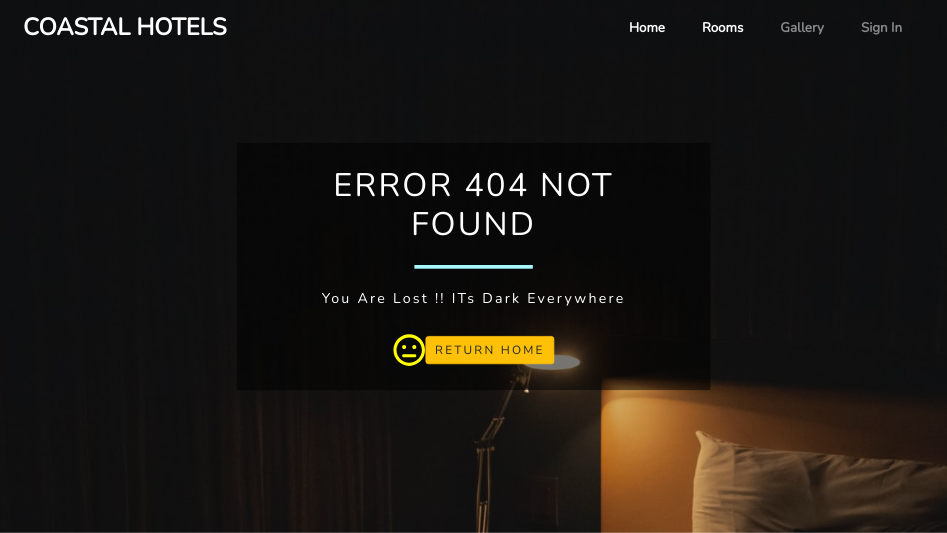
Repository: tebo27cMd/hotel
Page: /rooms/12
These files come from the project's save history. The page is drawn as it stood at one moment and after a run of saves; the edit follows.
The browser window is 1280 px wide. The pictures show the whole page, at 74% of full size.
The project was rebuilt for these pictures with package versions that can differ from the ones it lists, and the page was loaded fresh each time. Also part of the build but not shown: src/components/Title.jsx, src/components/Services.jsx, src/components/Loading.js, src/components/Room.jsx, src/components/FeaturedRooms.jsx, src/pages/Home.jsx, src/components/RoomsFilter.jsx, src/components/RoomsList.jsx and 10 more. Imported but missing from the stored project, and not drawn on this page: src/context/userContext.

Above is the page before, as saved 2022-11-16 14:03:35.

### public/index.html
<!DOCTYPE html>
<html lang="en">
  <head>
    <meta charset="utf-8" />
    <link rel="icon" href="%PUBLIC_URL%/favicon.ico" />
    <meta name="viewport" content="width=device-width, initial-scale=1" />
    <meta name="theme-color" content="#000000" />
    <meta
      name="description"
      content="Web site created using create-react-app"
    />
    <link rel="apple-touch-icon" href="%PUBLIC_URL%/logo192.png" />
    <link rel="manifest" href="%PUBLIC_URL%/manifest.json" />
    <title>Hotel Booking App</title>
    <link href="https://fonts.googleapis.com/css2?family=Nunito&display=swap" rel="stylesheet">
  </head>
  <body>
    <noscript>You need to enable JavaScript to run this app.</noscript>
    <div id="root"></div>
  </body>
</html>

### src/index.js
import React from 'react';
import ReactDOM from 'react-dom';
import App from './App';
import './index.css'
import * as serviceWorker from './serviceWorker';
import {RoomProvider} from './context'


ReactDOM.render(
  <React.StrictMode>
  <RoomProvider>
     <App />
  </RoomProvider>
  </React.StrictMode>,
  document.getElementById('root')
);

serviceWorker.unregister();

### src/App.js
import React from 'react';
import './App.css';
import '../node_modules/bootstrap/dist/css/bootstrap.min.css';
import '../node_modules/bootstrap/dist/js/bootstrap.min.js';
import { BrowserRouter,Route,Switch } from 'react-router-dom';
import Home from './pages/Home';
import Rooms from './pages/Rooms';
import SingleRoom from './pages/SingleRoom';
import Error from './pages/Error';
import Navbar from './components/Navbar';
import About from './pages/About';
// import Footer from './components/Footer';
import Contact from './pages/Contact';
import Booknow from './pages/Booknow';
// import Login from './pages/Login';
// import Register from './pages/Register';
import Payment from './pages/Payments';
import Gallery from './pages/gallery';
import Signup from './pages/register';
function App() {
  return (
    <div className="App">
      <BrowserRouter>
        <Navbar/>
        <Switch>
          {/* <Route exact path="/" component={Login}/> */}
          {/* <Route exact path="/" component={Home} />
          <Route path="/about" component={About} />
          <Route path="/contact" component={Contact} />
          <Route path="/rooms/:id" component={SingleRoom} />
          <Route path="/rooms/" component={Rooms}/>
          <Route path="/booknow/:id" component={Booknow} />
          <Route path='/payments' component={Payment}/>
          <Route path='/gallery' component={Gallery}/>
          <Route path='/login' component={Login}/> */}
          <Route path='/register' component={Signup}/>
          <Route component={Error}/>
        </Switch>
        {/* <Footer/> */}
      </BrowserRouter>
    </div>
  );
}

export default App;

### src/App.css
@import url('https://fonts.googleapis.com/css2?family=Nunito&display=swap');
body {
  margin: 0;
  padding: 0;
  font-family: 'Nunito', sans-serif;
}
* {
  margin: 0;
  padding: 0;
  box-sizing: border-box;
}
:root {
  --primaryColor: #a8f9ff;
  --mainWhite: #fff;
  --offWhite: #f7f7f7;
  --mainBlack: #222;
  --mainGrey: #ececec;
  --darkGrey: #cfcfcf;
  --mainTransition: all 0.3s linear;
  --mainSpacing: 3px;
  --lightShadow: 2px 5px 3px 0px rgba(0, 0, 0, 0.5);
  --darkShadow: 4px 10px 5px 0px rgba(0, 0, 0, 0.5);
}
/* globals */
h1 {
  font-size: 3em;
  line-height: 1;
  margin-bottom: 0.5em;
}
h2 {
  font-size: 2em;
  margin-bottom: 0.75em;
}
h3 {
  font-size: 1.5em;
  line-height: 1;
  margin-bottom: 1em;
}
h4 {
  font-size: 1.2em;
  line-height: 1.25;
  margin-bottom: 1.25em;
}
h5 {
  font-size: 1em;
  font-weight: bold;
  margin-bottom: 1.5em;
}
h6 {
  font-size: 1em;
  font-weight: bold;
  margin-bottom: 1.5em;
}

.btn-primary {
  display: inline-block;
  text-decoration: none;
  letter-spacing: var(--mainSpacing);
  color: var(--mainBlack);
  background: var(--primaryColor);
  padding: 0.4rem 0.9rem;
  border: 3px solid var(--primaryColor);
  transition: var(--mainTransition);
  text-transform: uppercase;
  cursor: pointer;
}
.btn-warning {
  display: inline-block;
  text-decoration: none;
  letter-spacing: var(--mainSpacing);
  color: var(--mainBlack);
  background: var(--primaryColor);
  padding: 0.4rem 0.9rem;
  border: 3px solid var(--primaryColor);
  transition: var(--mainTransition);
  text-transform: uppercase;
  cursor: pointer;
}
.btn-primary:hover{
  text-decoration: none;
  background: transparent!important;
  color: #fff!important;
}
.btn-warning:hover{
  text-decoration: none;
  background: transparent!important;
  color: yellow!important;
}
.loading {
  text-transform: capitalize;
  text-align: center;
  margin-top: 3rem;
}
.roomerror{
  margin-top: 100px;
}
.roomerror:hover .error{
  background-color: #2C3E50;
  color: #ffffff!important;
}
.error {
  text-align: center;
  text-transform: uppercase;
  margin: 2rem 0;
}
.empty-search {
  text-align: center;
  text-transform: capitalize;
  margin: 2rem 0;
  padding: 1rem;
  letter-spacing: var(--mainSpacing);
}

/* end of globals */
/* Navbar */
.nav-link{
  padding: 8px 15px;
  margin-left: 10px;
  margin-right: 20px;
  font-size: 18px;
  text-align: center;
  border: 2px solid transparent;
  transition: .5s linear;
  font-weight: 800;
  -webkit-transition: .5s linear;
  -moz-transition: .5s linear;
  -ms-transition: .5s linear;
  -o-transition: .5s linear;
}
.bg-transparent.scrolled {
  background-color: black!important;
  transition:500ms ease;
}

.navbar-brand{
  font-size: 32px!important;
  color: #ffffff!important;
}
.nav-link:hover{
  color: #ffffff;
  border-bottom: 2px solid #ffffff;
}
.nav-link.active_class{
color: #ffffff;
border: 2px solid #ffffff;
font-weight: 800;
}

.form-control{
border: 2px solid #000;
}
.form-control:focus,
.form-control.active {
  border: 2px solid #000000!important;
}
textarea:focus,
textarea.form-control:focus,
input.form-control:focus,
input[type=text]:focus,
input[type=password]:focus,
input[type=email]:focus,
input[type=number]:focus,
[type=text].form-control:focus,
[type=password].form-control:focus,
[type=email].form-control:focus,
[type=tel].form-control:focus,
[contenteditable].form-control:focus {
box-shadow: inset 0 -1px 0 #ddd;
}


/* end of navbar */
/* Hero */
.defaultHero,
.roomsHero {
  min-height: calc(100vh - 0px);
  background: url("./images/bg1.jpeg") center/cover no-repeat;
  display: flex;
  align-items: center;
  justify-content: center;
  position: relative;
}
.roomsHero {
  background-image: url("./images/room-2.jpg");
  min-height: calc(100vh - 0px);
}
.singleRoom {
  background-image: url("./images/room-3.jpeg");
  min-height: calc(100vh - 0px);
}
.roomsError{
  background-image: url("./images/error.jpg");
  min-height: calc(100vh - 0px);
}
.lost{
  font-size: 44px;
  color: yellow;
  text-align: center;
}
/* End of Hero */
/* Banner */
.banner {
  display: inline-block;
  position: absolute!important;
  background: rgba(0, 0, 0, 0.5)!important;
  color: var(--mainWhite);
  text-align: center;
  text-transform: capitalize;
  letter-spacing: var(--mainSpacing);
  top: 50%;
  left: 50%;
  transform: translate(-50%, -50%);
}
.banner h1 {
  font-size: 44px!important;
}
.banner div {
  width: 10rem;
  height: 5px;
  background: var(--primaryColor);
  margin: 1.7rem auto;
}
.banner p {
  font-size: 1.2rem;
  margin-bottom: 2rem;
}
@media screen and (max-width: 576px) {
  .banner {
    padding: 2rem 3rem!important
  }
  .banner h1 {
    font-size: 32px!important;
  }
}
@media screen and (min-width: 992px) {
  .banner {
    padding: 2rem 6rem;
  }
  .banner h1 {
    font-size: 4rem;
  }
}
/* End of Banner */
/* Title */
.section-title {
  text-align: center;
  margin-bottom: 4rem;
}
.section-title h4 {
  font-size: 2rem;
  letter-spacing: var(--mainSpacing);
  text-transform: capitalize;
  margin-bottom: 1rem;
}
.section-title div {
  width: 5rem;
  height: 5px;
  margin: 0 auto;
  background: var(--primaryColor);
}
/* end of Title */

/* services */
.services {
  padding: 3rem 0;
}
.services {
  background: #F2F7FB;
  text-align: center;
}

.service span {
  display: inline-block;
  color: var(--primaryColor);
  font-size: 80px;
  margin-bottom: 1.5rem;
  transition: 1s linear;
  -webkit-transition: 1s linear;
  -moz-transition: 1s linear;
  -ms-transition: 1s linear;
  -o-transition: 1s linear;
}
.services span:hover{
  transform: rotate(360deg);
  -webkit-transform: rotate(360deg);
  -moz-transform: rotate(360deg);
  -ms-transform: rotate(360deg);
  -o-transform: rotate(360deg);
}
.services h6 {
  letter-spacing: var(--mainSpacing);
  font-weight: 1000;
  text-transform: capitalize;
}
.services p {
  width: 80%;
  margin: 0 auto;
}
@media screen and (min-width: 992px) {
  .services-center {
    width: 95vw;
    max-width: 1170px;
  }
}

@media screen and (min-width: 1200px) {
  .services p {
    width: 100%;
  }
}
/*end of services */
/* featured rooms */

.featured-rooms {
  padding: 5rem 0;
}

/* end pf featured rooms */
/* room */
.room {
  transition: 0.4s linear;
  -webkit-transition: 0.4s linear;
  -moz-transition: 0.4s linear;
  -ms-transition: 0.4s linear;
  -o-transition: 0.4s linear;
  position: relative;
}
.room:hover {
  box-shadow: 0px 9px 18px rgba(0, 0, 0, 0.5)!important;
}

.price-top {
  position: absolute;
  top: 0;
  left: 0;
  background: rgba(0, 0, 0, 0.8);
  color: var(--mainWhite);
  padding: 0.3rem 0.6rem 0.5rem;
  border-bottom-right-radius: 1rem;
  font-size: 0.5rem;
  text-align: center;
  transition: 0.4s linear;
  -webkit-transition: 0.4s linear;
  -moz-transition: 0.4s linear;
  -ms-transition: 0.4s linear;
  -o-transition: 0.4s linear;
}
.price-top h6 {
  margin-bottom: 0;
  font-size: 0.9rem;
  font-weight: 300;
  letter-spacing: var(--mainSpacing);
}
.room-link {
  position: absolute;
  bottom: 0;
  right: 0;
  opacity: 0;
  transition: all 0.3s linear;
}
.room:hover {
  background: rgba(0, 0, 0, 0.8);
}
.room:hover img {
  opacity: 0.3;
}
.room:hover .price-top {
  opacity: 0;
}
.room:hover .room-link {
  opacity: 1;
  transform: translate(-90%, -200%) scale(1);
  -webkit-transform: translate(-90%, -200%) scale(1);
  -moz-transform: translate(-90%, -200%) scale(1);
  -ms-transform: translate(-90%, -200%) scale(1);
  -o-transform: translate(-90%, -200%) scale(1);
}
.room-info {
  background: #F2F3F4;
  text-transform: capitalize;
  padding: 0.5rem 0;
  text-align: center;
  font-weight: 700;
  letter-spacing: var(--mainSpacing);
  margin-bottom: 0;
}
/* end of room  */
/* single room*/

.single-room {
  padding: 5rem 0 0 0;
}
.single-room-images {
  width: 80vw;
  margin: 0 auto;
  display: grid;
  grid-template-columns: repeat(auto-fit, minmax(350px, 1fr));
  grid-row-gap: 2rem;
  grid-column-gap: 50px;
}
.single-room-images img {
  width: 100%;
  display: block;
}
.single-room-info {
  width: 80vw;
  display: grid;
  grid-template-columns: 1fr;
  margin: 2rem auto;
}
.desc,
.info {
  margin: 1rem 0;
}
.desc h3 {
  text-transform: capitalize;
  letter-spacing: var(--mainSpacing);
}
.desc p {
  line-height: 1.5;
}
.info h3,
.info h6 {
  text-transform: capitalize;
  letter-spacing: var(--mainSpacing);
}

.info h6 {
  font-weight: 300;
}
.room-extras {
  width: 80vw;
  margin: 0 auto 3rem auto;
}
.room-extras h6 {
  text-transform: capitalize;
  letter-spacing: var(--mainSpacing);
}
.extras {
  list-style-type: none;
  display: grid;
  grid-template-columns: repeat(auto-fit, minmax(330px, 1fr));
  grid-column-gap: 2rem;
  grid-row-gap: 1rem;
}
@media screen and (min-width: 992px) {
  .single-room-images,
  .single-room-info,
  .room-extras {
    width: 95vw;
    max-width: 1170px;
  }
  .single-room-info {
    display: grid;
    grid-template-columns: 1fr 1fr;
    grid-column-gap: 2rem;
  }
  .info {
    padding-left: 3rem;
  }
}
/* end of single room*/
/* roomlist */
.roomslist {
  padding: 5rem 0;
}
.roomslist-center {
  width: 80vw;
  margin: 0 auto;
  display: grid;
  grid-template-columns: repeat(auto-fill, minmax(270px, 1fr));
  grid-row-gap: 2rem;
  grid-column-gap: 30px;
}

@media screen and (min-width: 776px) {
  .roomslist-center {
    width: 90vw;
  }
}
@media screen and (min-width: 992px) {
  .roomslist-center {
    width: 95vw;
    max-width: 1170px;
  }
}
/* end of roomlist */
/*  rooms fitler*/
/* .filter-container {
  padding: 5rem 0;
}

.form-group {
  text-transform: capitalize;
}
.form-group label {
  display: block;
  letter-spacing: var(--mainSpacing);
  margin-bottom: 0.5rem;
} */

.single-extra label {
  display: inline-block;
  font-size: 0.8rem;
  margin-left: 0.5rem;
}

/* end of rooms fitler*/

/* aboutus */

.aboutus,.contact{
  margin-top: 100px!important;
}
.about_company,.team{
  padding: 60px 30px;
}
.about_info{
  letter-spacing: 40;
}
.carousel-inner{
  min-height: 400px!important;
  max-height: 400px!important;
}
.connect{
  font-size: 44px!important;
  padding: 5px 8px;
}
/*  */
.container-log{
  display: flex;
  width: 100vw;
  height: 100vh;
  background:url(./images/back.jpg);
  background-size: cover;
justify-content: center;
}


.details{
  padding-top: 200px;
  content:center ;
  /* place-content: ; */
}

.put{
  width:50px;
  font-size: 20px;
  margin-top:10px;
  padding-right: 30px;
}

.put label{
 width: 500px;
 /* height: 100px; */
 font-size: 0.9em;
}

#det{
  width: 300px;
  height: 30px;
  border-radius: 10px;
  border: 1px solid rgb(110, 9, 177);
}

.btn-login{
  display: flex;
  font-size: 19px;
  border-radius:9px;
  color:white;
  background: rgb(255, 98, 0);
  box-shadow:  black 0px 15px 12px;
  outline: none;
  cursor: pointer;
  margin-top: 20px;
  width: 60px;


}
.acc{
  display: flex;
  flex-direction: row;
}

.acc span{
  padding-top:15px;
}
.btnl{
  display: flex;
  justify-content: center;
}


.containerreg{

  padding-top: 200px;
  display: grid;
  background:url(./images/back.jpg);
  background-size: cover;
}

.input{
  width:300px;
  margin-bottom:5px ;
}
#input{
  height: 40px;
  width: 350px;
  border-radius:10px;
  border: 1px solid rgb(110, 9, 177);
}

.input label{
  font-size: 1.1em;
}

.Register{
  background-size: cover;
  display: flex;
  flex-direction: column;
  align-items: center;
  width: 400px;
  margin:auto;
}

.btn-reg{
  display: flex;
  font-size: 20px;
  border-radius:25px;
  color:white;
  background: blue;
  box-shadow:  black 0px 15px 12px;
  outline: none;
  cursor: pointer;
  transition: all 0.1s;


}

### src/pages/Error.jsx
import React from 'react'
import Hero from '../components/Hero'
import Banner from '../components/Banner';
import { Link } from 'react-router-dom';
import {FaRegMeh} from 'react-icons/fa';

export default function Error() {
    return (
        <>
        <Hero hero="roomsError" />
        <Banner title="ERROR 404 NOT FOUND" subtitle="You are lost !! ITs dark everywhere">
                <FaRegMeh className="lost"></FaRegMeh>
                <Link to="/" className="btn btn-warning">
                      RETURN HOME
                </Link>
        </Banner>
        </>
    )
}

### src/components/Navbar.jsx
import React from 'react';
import {NavLink} from 'react-router-dom';
import { FaAlignRight } from 'react-icons/fa';
import jquery from 'jquery';

// for changing navbar  color
jquery(window).scroll(function() {
jquery('nav').toggleClass('scrolled', jquery(this).scrollTop() > 0);
})

const Navbar = () => {
    return (
    <>
        <nav className="navbar navbar-expand-sm navbar-dark bg-transparent py-2 fixed-top">
            <div className="container-fluid ">
                <span className="navbar-brand font-weight-bolder">COASTAL HOTELS</span>
                <a href="void(0)" className="navbar-toggler border-0" data-toggle="collapse" data-target="#navbarSupportedContent" aria-controls="navbarSupportedContent" aria-expanded="false" aria-label="Toggle navigation">
                    <span>
                        <FaAlignRight className="nav-icon" /></span>
                </a>
                <div className="collapse navbar-collapse" id="navbarSupportedContent">
                    <ul className="navbar-nav ml-auto">
                        <li className="nav-item">
                            <NavLink className="nav-link"   to="/">Home</NavLink>
                        </li>
                        <li className="nav-item">
                            <NavLink className="nav-link"   to="/rooms">Rooms</NavLink>
                        </li>
                        <li className="nav-item">
                            <NavLink className="nav-link"   to="/Gallery">Gallery</NavLink>
                        </li>
                        <li className="nav-item">
                            <NavLink className="nav-link"   to="/login">Sign In</NavLink>
                        </li>
                    </ul>
                </div>
            </div>
        </nav>
    </>
    );
}
export default Navbar;

### src/components/Hero.jsx
import React from 'react'

export default function Hero({childern, hero}) {
    return <header className={hero}>{childern}</header>;

}

Hero.defaulProps ={
    hero:"defaultHero"
};

### src/components/Banner.jsx
import React from 'react'

export default function Banner({ children , title , subtitle  }) {
    return (
        <div className="banner">
            <h1>{title}</h1>
            <div/>
            <p>{subtitle}</p>
             {children}
        </div>
    )
}

### src/pages/SingleRoom.jsx
import React, { Component ,useState} from 'react'
import defaultBcg from '../images/room-3.jpeg';
import Banner from '../components/Banner';
import { Link } from 'react-router-dom';
import { RoomContext } from '../context';
import StyledHero from '../components/StyledHero';
import { useParams } from 'react-router-dom';
import { db } from "../firebase";
import { collection, addDoc } from "firebase/firestore";

function ComponentWithRouter(props) {
    let params = useParams()
    return <Component {...props} params={params} />
  }

export default class SingleRoom extends Component {

    constructor (props){
        super(props);
        this.state = {
            id: this.props.match.params.id,
            defaultBcg
        };
    }
    static contextType = RoomContext;
    render() {
        const { getRoom } = this.context;
        const room = getRoom(this.state.id);
        if(!room){
            return (<div className="container roomerror">
                    <div className="row my-5">
                        <div className="col-md-6 col-12 mx-auto">
                            <div className="card shadow-lg border-0 p-4 error">
                                <h1 className="text-center display-4">SORRY</h1>
                                <h3>No such room could be found...</h3>
                                <Link to="/rooms" className="btn btn-warning mt-4 ">Back to Rooms</Link>
                            </div>
                        </div>
                    </div>
                </div>);
        }
        const {name,description,capacity,size,price,extras,breakfast,pets,images} = room;
        const [mainImg, ...defaultBcg] = images;



        const add=((props)=>{
            const collectionRef=collection(db,"bookings");

            const bookings ={
             room:room,

            };
            addDoc(collectionRef,room).then(()=>{
              alert("Task Added Succcessfully")
            }).catch((error)=>{
              console.log(error);
            })
            // props.add(room);
          })
        return (
            <>
            <StyledHero img={mainImg || this.state.defaultBcg }>

            <Banner title={`${name} room`}>
                    <Link to="/rooms" className="btn btn-primary">Back To Rooms</Link>
            </Banner>
            </StyledHero>
            <section className="single-room container">
               <div className="row">
                    {defaultBcg.map((item,index) => {
                        return (
                        <div className="col-md-4 col-12 mx-auto" key={index}>
                            <div className="card border-0 shadow-lg">
                               <img key={index} src={item} alt={name} className="img-fluid" />
                            </div>
                        </div>)
                    })}
               </div>
               <div className="single-room-info">
                   <article className="desc">
                      <h3>Details</h3>
                      <p>{description}</p>
                   </article>
                   <article className="info">
                      <h3>Info</h3>
                      <h6>price : Rs{price}</h6>
                      <h6>size  : {size} SQFT</h6>
                      <h6>
                          max capacity : {" "}
                              {capacity > 1 ? `${capacity} people`: `${capacity} person`}
                      </h6>
                      <h6>{pets? 'pets allowed': 'no pets allowed'}</h6>
                      <h6>{breakfast && "free breakfast included"}</h6>
                   </article>
               </div>
            </section>
            <section className="room-extras">
                <h3>Extras</h3>
                <ul className="extras">
                    {extras.map((item,index) => {
                          return <li key={index}>{item}</li>
                    })}
                </ul>
                <div className="p-4 clearfix">
                    <div className="row">
                       <div className="col-md-3 col-12 ml-auto">
                          <Link to={`/booknow/${this.state.id}`} className="btn btn-outline-primary btn-block btn-lg float-right " onClick={add}>Book Now</Link>
                       </div>
                    </div>
                </div>
            </section>
            </>
        )
    }
}

### src/firebase.js
// Import the functions you need from the SDKs you need
import { initializeApp } from "firebase/app";
import { getAuth } from "firebase/auth";
import { getFirestore } from "firebase/firestore";

// TODO: Add SDKs for Firebase products that you want to use
// https://firebase.google.com/docs/web/setup#available-libraries

// Your web app's Firebase configuration
// For Firebase JS SDK v7.20.0 and later, measurementId is optional
const firebaseConfig = {
  apiKey: "AIzaSyD6gGiNC7Wpn4zrKdYxluA2NzICH8NgRGQ",
  authDomain: "hotel-app-8880c.firebaseapp.com",
  databaseURL: "https://hotel-app-8880c-default-rtdb.firebaseio.com",
  projectId: "hotel-app-8880c",
  storageBucket: "hotel-app-8880c.appspot.com",
  messagingSenderId: "667326046708",
  appId: "1:667326046708:web:17606195cc145d307cd9a1",
  measurementId: "G-F3XW3H8YYX"
};

// Initialize Firebase
const app = initializeApp(firebaseConfig);
const db = getFirestore(app);
const auth=getAuth();

export { db,auth };

Loaded but not shown: src/index.css (common file); src/serviceWorker.js (common file); src/components/StyledHero.jsx (common file); src/data.js (760 lines, source omitted); src/context.js (116 lines, source omitted)

After the next 5 saves:
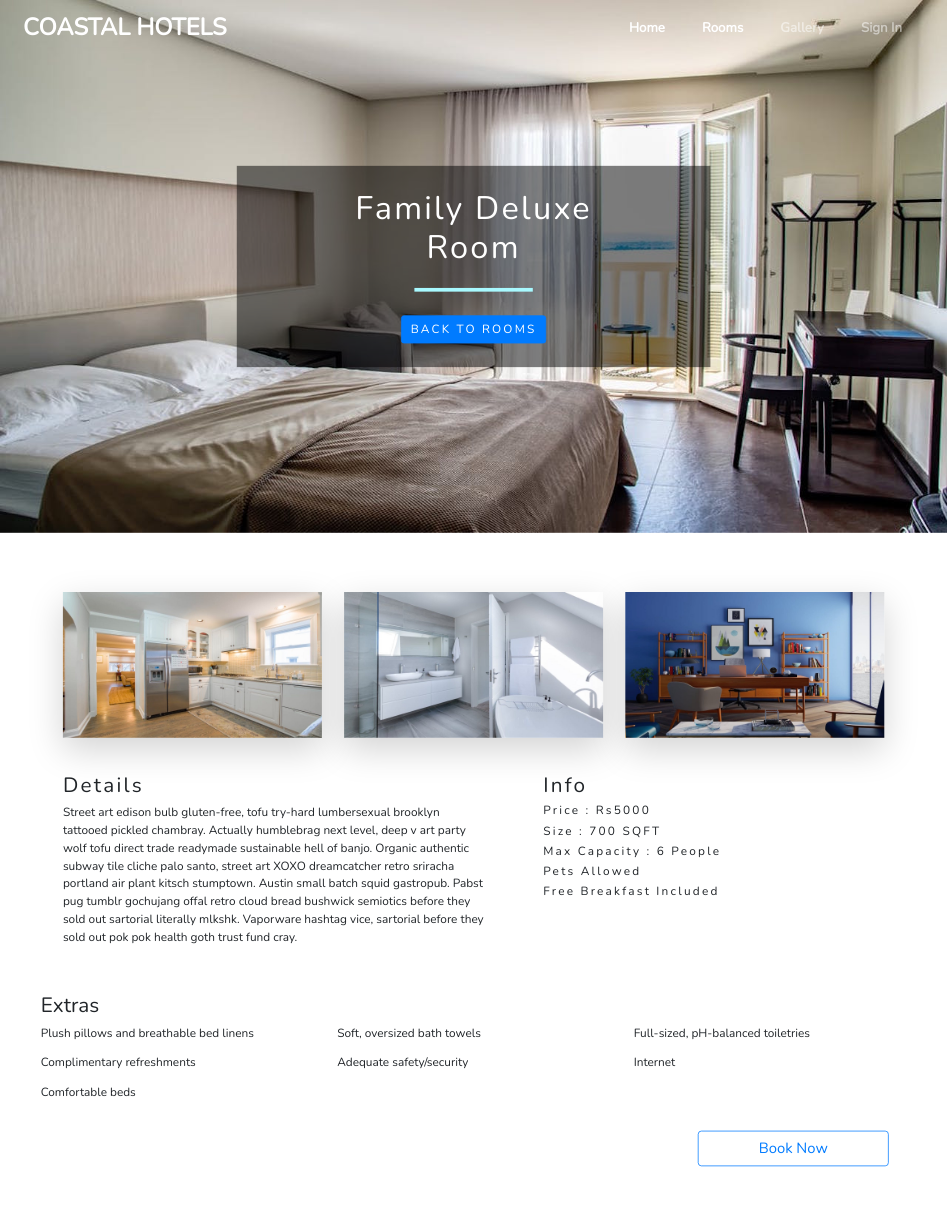
The 5 saves are shown as one change because they came seconds apart.
The last was saved 31 s later.
--- a/src/App.js
+++ b/src/App.js
@@ -16,15 +16,15 @@ import Booknow from './pages/Booknow';
 // import Register from './pages/Register';
 import Payment from './pages/Payments';
 import Gallery from './pages/gallery';
-import Signup from './pages/register';
+
 function App() {
   return (
     <div className="App">
       <BrowserRouter>
         <Navbar/>
         <Switch>
-          {/* <Route exact path="/" component={Login}/> */}
-          {/* <Route exact path="/" component={Home} />
+
+          <Route exact path="/" component={Home} />
           <Route path="/about" component={About} />
           <Route path="/contact" component={Contact} />
           <Route path="/rooms/:id" component={SingleRoom} />
@@ -32,8 +32,7 @@ function App() {
           <Route path="/booknow/:id" component={Booknow} />
           <Route path='/payments' component={Payment}/>
           <Route path='/gallery' component={Gallery}/>
-          <Route path='/login' component={Login}/> */}
-          <Route path='/register' component={Signup}/>
+
           <Route component={Error}/>
         </Switch>
         {/* <Footer/> */}
